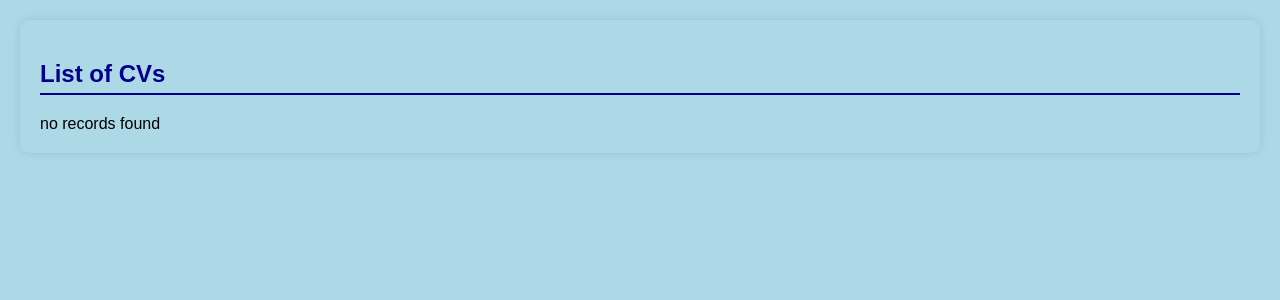
Repository: Arisha004/CV-generator
Page: http://localhost/list.php
These files come from the project's save history. The page is drawn as it stood at one moment and after a run of saves; the edit follows.
The browser window is 1280 px wide. The pictures show the whole page.
The page is run by PHP 8.4 with error messages shown; the project is at /var/www/html/. Queries for data that is not in the repository find no rows.

Above is the page before, as saved 2025-10-14 01:02:38.

After the next 2 saves:
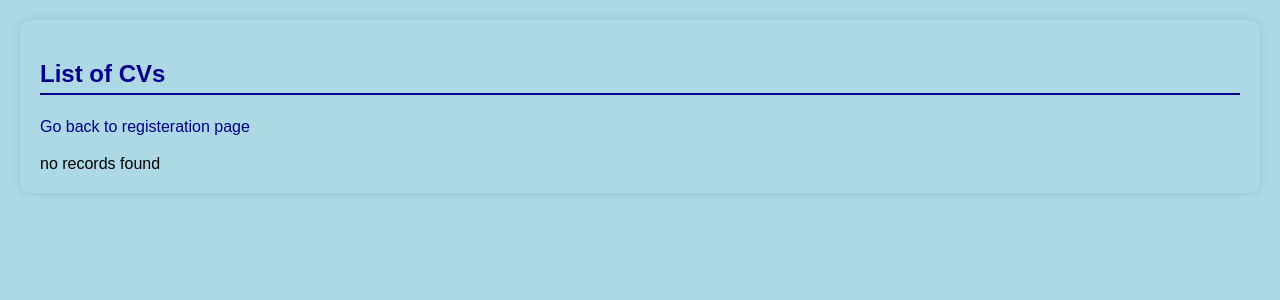
The 2 saves are shown as one change because they came seconds apart.
The last was saved 9 s later.
--- a/list.php
+++ b/list.php
@@ -17,7 +17,7 @@ $result=$conn->query($sql);
 </head>
 <body>
     <h2>List of CVs</h1>
-    <p><a href="index.html"></a></p>
+    <p><a href="index.html"> Go back to registeration page</a></p>
     <?php
     if($result->num_rows>0){
 echo "<table border='1' cellpadding='10'>";
